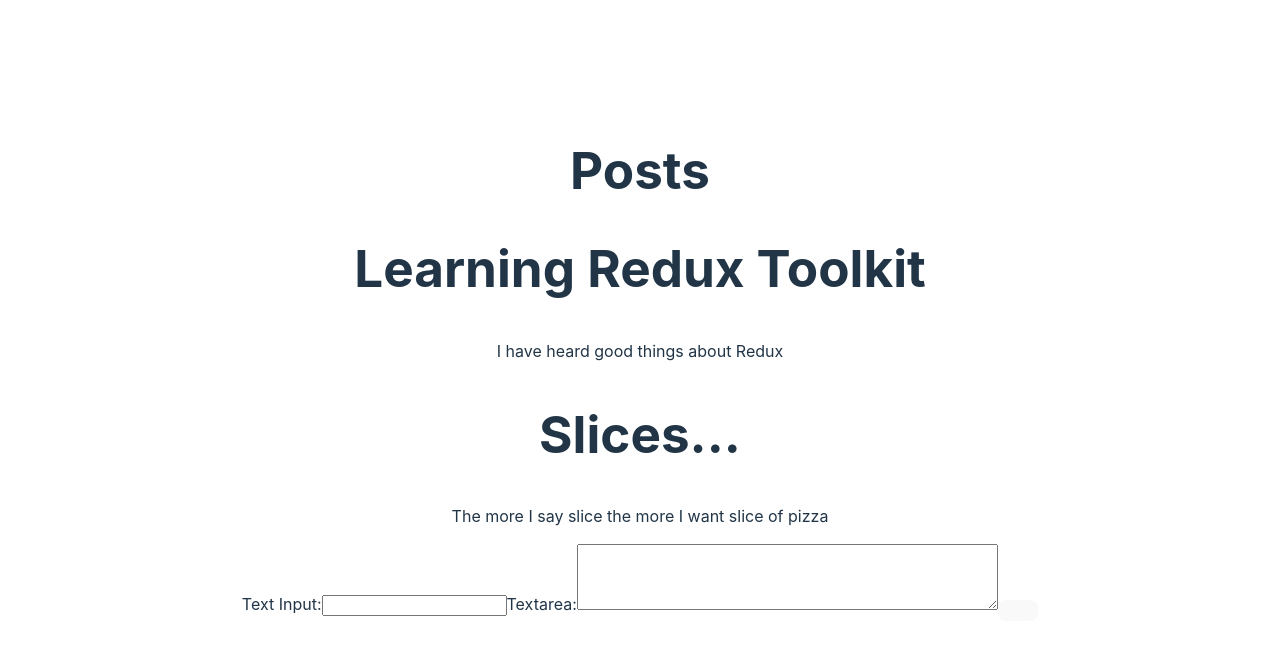
Repository: Nurlan-Bakenbaev/lesson2Redux-toolkit
Page: /
The author's editor kept a copy of each file at every save. The page is drawn from the files as they stood at one save, then again after the next save.
The browser window is 1280 px wide. The pictures show the whole page.
The project was rebuilt for these pictures with package versions that can differ from the ones it lists, and the page was loaded fresh each time. Also part of the build but not shown: vite.config.js.

Above is the page before, as saved 2023-11-04 16:11:15.

After the next save:
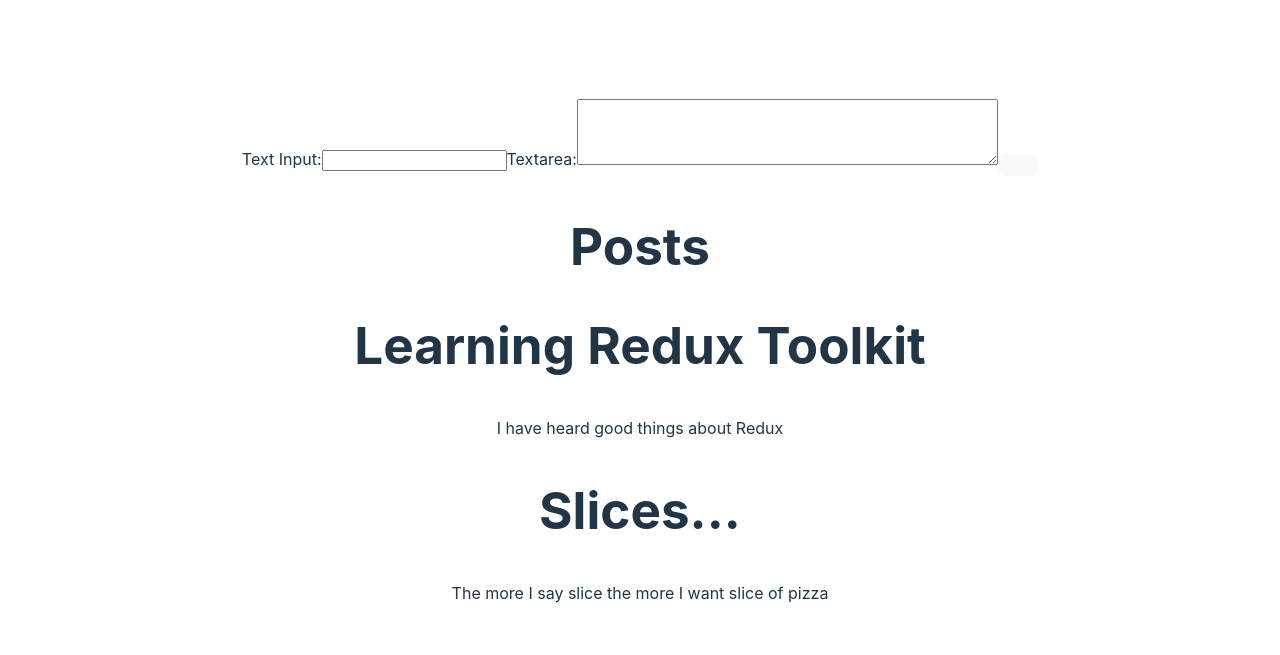
Saved 5 s later.
--- a/src/App.jsx
+++ b/src/App.jsx
@@ -3,10 +3,12 @@
 import PostsList from "./redux/features/posts/PostsList";
 
 function App() {
-  return <>
-  <PostsList/>
-<AddPosts/>
-  </>;
+  return (
+    <>
+      <AddPosts />
+      <PostsList />
+    </>
+  );
 }
 
 export default App;
